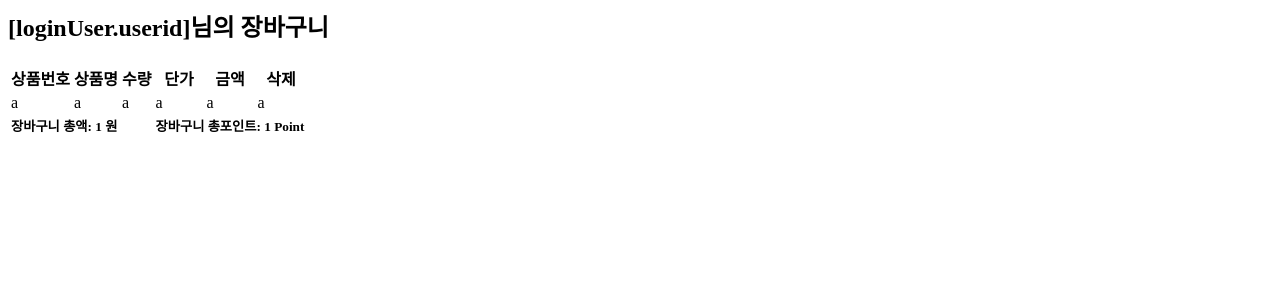
Repository: Jayking0215/myjava
Page: http://localhost/SpringWeb/WEB-INF/views/shop/cartList.jsp
An editor plug-in stored every save of this project. The page is shown before and after the next save, followed by the edit.
The browser window is 1280 px wide. The pictures show the whole page.
The page is served by Tomcat 9. Nobody is signed in. The template is opened directly, without the code that normally fills it, so the values that code supplies are empty.

Above is the page before, as saved 2023-05-10 02:36:36.

After the next save:
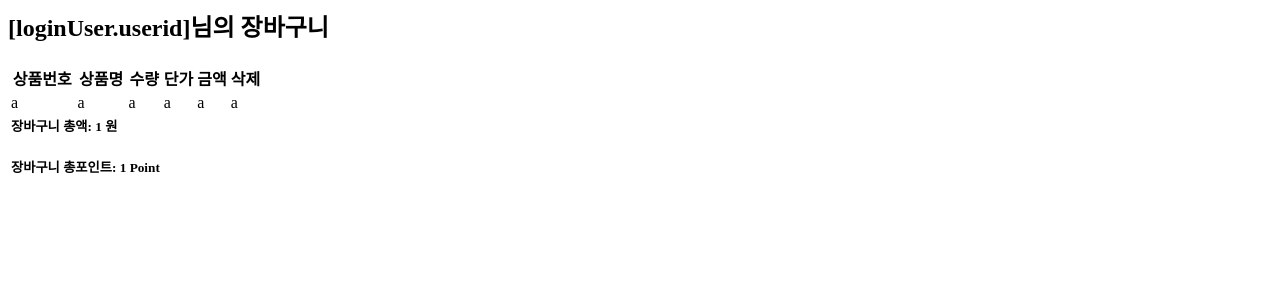
Saved 10 s later.
--- a/SpringWorkspace/SpringWeb/src/main/webapp/WEB-INF/views/shop/cartList.jsp
+++ b/SpringWorkspace/SpringWeb/src/main/webapp/WEB-INF/views/shop/cartList.jsp
@@ -35,9 +35,10 @@
 					<tr>
 						<td colspan="3">
 							<h5>장바구니 총액: <span class="text-danger">1 원</span></h5>
+							<h5>장바구니 총포인트: <span class="text-success">1 Point</span></h5>
 						</td>
 						<td colspan="3">
-							<h5>장바구니 총포인트: <span class="text-success">1 Point</span></h5>
+
 						</td>
 					</tr>
 				</tbody>
